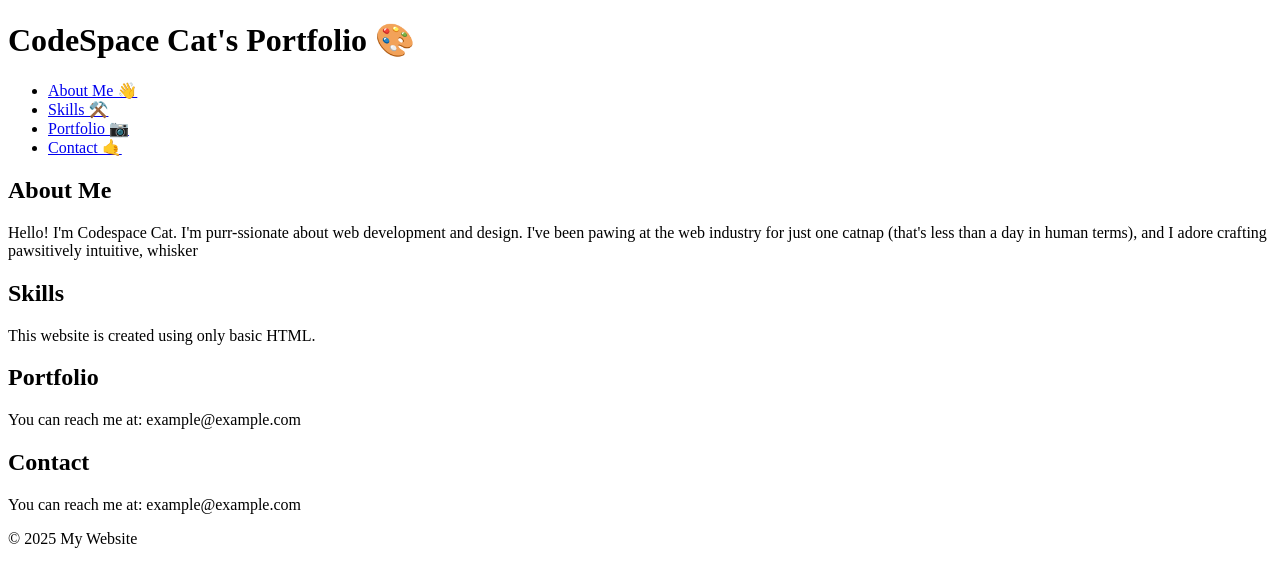
Repository: andajonas/Module_04_ANDJON25111_fto2502_A2_Anda-Jonas_SDF02
Page: index.html
The author's editor kept a copy of each file at every save. The page is drawn from the files as they stood at one save, then again after the next save.
The browser window is 1280 px wide. The pictures show the whole page.

Above is the page before, as saved 2025-03-05 09:09:13.

### index.html
<!DOCTYPE html>
<html>
<head>
    <title>CodeSpace Cat's Portfolio</title>
</head>
<body>
    <header>
        <h1>CodeSpace Cat's Portfolio 🎨</h1>
    </header>
    <nav>
        <ul>
            <li><a href="#about me">About Me 👋</a></li>
            <li><a href="#skills">Skills ⚒️</a></li>
            <li><a href="#portfolio">Portfolio 📷</a></li>
            <li><a href="#contact">Contact 🤙</a></li>
        </ul>
    </nav>
    <section id="about me">
        <h2>About Me</h2>
        <p>Hello! I'm Codespace Cat. I'm purr-ssionate about web development and design. I've been pawing at the web industry for just one catnap (that's less than a day in human terms), and I adore crafting pawsitively intuitive, whisker </p>
    </section>
    <section id="skills">
        <h2>Skills</h2>
        <p>This website is created using only basic HTML.</p>
    </section>
    <section id="portfolio">
        <h2>Portfolio</h2>
        <p>You can reach me at: example@example.com</p>
    </section>
    <section id="contact">
        <h2>Contact</h2>
        <p>You can reach me at: example@example.com</p>
    <footer>
        <p>&copy; 2025 My Website</p>
    </footer>
</body>
</html>

After the next save:
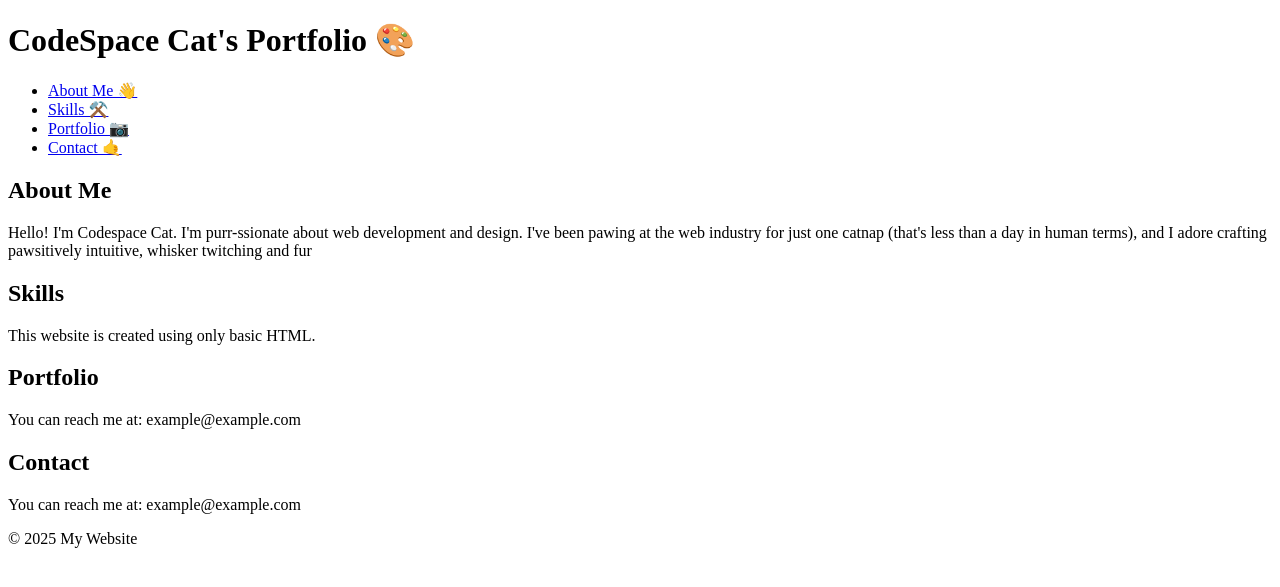
Saved 7 s later.
--- a/index.html
+++ b/index.html
@@ -17,7 +17,7 @@
     </nav>
     <section id="about me">
         <h2>About Me</h2>
-        <p>Hello! I'm Codespace Cat. I'm purr-ssionate about web development and design. I've been pawing at the web industry for just one catnap (that's less than a day in human terms), and I adore crafting pawsitively intuitive, whisker </p>
+        <p>Hello! I'm Codespace Cat. I'm purr-ssionate about web development and design. I've been pawing at the web industry for just one catnap (that's less than a day in human terms), and I adore crafting pawsitively intuitive, whisker twitching and fur </p>
     </section>
     <section id="skills">
         <h2>Skills</h2>
